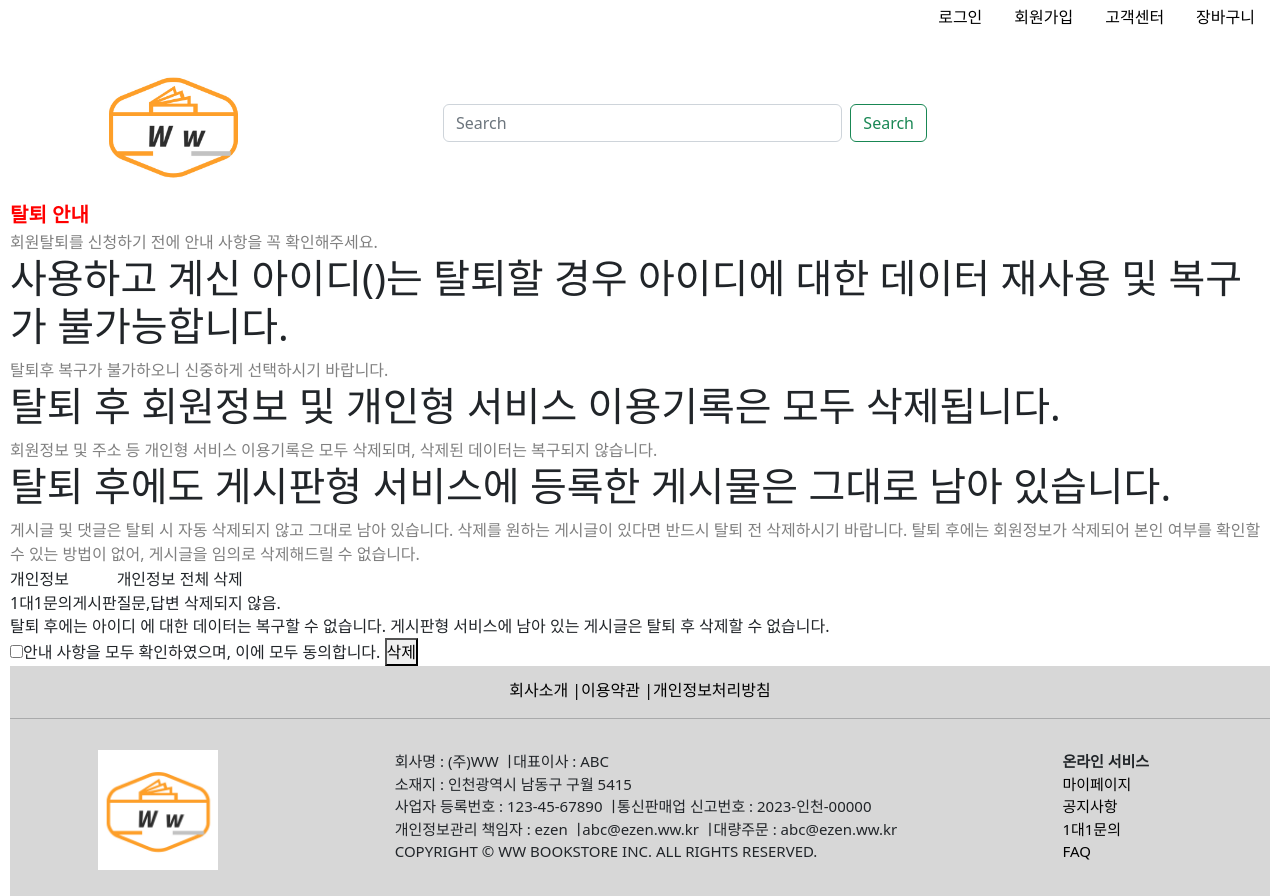
Repository: leehyeonung/project6
Page: http://localhost/book/WEB-INF/views/member/delete.jsp
An editor plug-in stored every save of this project. The page is shown before and after the next save, followed by the edit.
The browser window is 1280 px wide. The pictures show the whole page.
The page is served by Tomcat 9. Nobody is signed in. Other server files are loaded and not shown. The template is opened directly, without the code that normally fills it, so the values that code supplies are empty.

Above is the page before, as saved 2023-01-06 05:50:14.

### book/src/main/webapp/WEB-INF/views/member/delete.jsp
<%@ page language="java" contentType="text/html; charset=UTF-8"
    pageEncoding="UTF-8"%>
<%@ taglib uri="http://java.sun.com/jsp/jstl/core" prefix="c"%>
<link rel="stylesheet" type="text/css" href="/resources/css/delete.css">

<!DOCTYPE html>
<html>
<head>
<meta charset="UTF-8">
<title>Insert title here</title>
<link rel="stylesheet" type="text/css" href="/resources/css/main.css">
</head>
<body>

<jsp:include page="../layout/header.jsp"></jsp:include>
<div class="main">
<div class="sub">탈퇴 안내</div>
<div class="short">회원탈퇴를 신청하기 전에 안내 사항을 꼭 확인해주세요.</div>
<h1>사용하고 계신 아이디(${ses.mem_id})는 탈퇴할 경우 아이디에 대한 데이터 재사용 및 복구가 불가능합니다.</h1>
<div class="short">탈퇴후 복구가 불가하오니 신중하게 선택하시기 바랍니다.</div>
<h1>탈퇴 후 회원정보 및 개인형 서비스 이용기록은 모두 삭제됩니다.</h1>
<div class="short">회원정보 및 주소 등 개인형 서비스 이용기록은 모두 삭제되며, 삭제된 데이터는 복구되지 않습니다.</div>
<h1>탈퇴 후에도 게시판형 서비스에 등록한 게시물은 그대로 남아 있습니다.</h1>
<div class="short">
게시글 및 댓글은 탈퇴 시 자동 삭제되지 않고 그대로 남아 있습니다.
삭제를 원하는 게시글이 있다면 반드시 탈퇴 전 삭제하시기 바랍니다.
탈퇴 후에는 회원정보가 삭제되어 본인 여부를 확인할 수 있는 방법이 없어, 게시글을 임의로 삭제해드릴 수 없습니다.
</div>
<table>
<tr>
<td>개인정보</td>
<td>개인정보 전체 삭제</td>
</tr>
<tr>
<td>1대1문의게시판</td>
<td>질문,답변 삭제되지 않음.</td>
</tr>
</table>
탈퇴 후에는 아이디 ${ses.mem_id}에 대한 데이터는 복구할 수 없습니다.
게시판형 서비스에 남아 있는 게시글은 탈퇴 후 삭제할 수 없습니다.
<form action="/mem/delete?mem_num=${ses.mem_num}" method="post" >
<input type="checkbox" name="deletecheck" value="okay">안내 사항을 모두 확인하였으며, 이에 모두 동의합니다.
<button type="submit">삭제</button>
</form>
</div>
<jsp:include page="../layout/footer.jsp"></jsp:include>
</body>
</html>

### book/src/main/webapp/WEB-INF/views/layout/header.jsp
<%@ page language="java" contentType="text/html; charset=UTF-8"
    pageEncoding="UTF-8"%>
<%@ taglib uri="http://java.sun.com/jsp/jstl/core" prefix="c"%>
<!DOCTYPE html>
<html>
<head>
<meta charset="UTF-8">
<title>Insert title here</title>
<!-- CSS only -->
<link href="https://cdn.jsdelivr.net/npm/bootstrap@5.2.2/dist/css/bootstrap.min.css"
rel="stylesheet" integrity="sha384-Zenh87qX5JnK2Jl0vWa8Ck2rdkQ2Bzep5IDxbcnCeuOxjzrPF/et3URy9Bv1WTRi"
crossorigin="anonymous">
<link rel="stylesheet" type="text/css" href="/resources/css/header.css">
</head>
<body>

<div class="header">
    <div class="menu">
        <c:if test="${ses.mem_id ==null}">
        <ul><a href="/mem/loginPage">로그인</a></ul>
        <ul><a href="/mem/joinPage">회원가입</a></ul>
        </c:if>
        <c:if test="${ses.mem_id == 'admin' }">
        <ul><a href="/mem/logOut">로그아웃</a></ul>
        <ul><a href="/mem/adminpage">관리인페이지</a></ul>
        </c:if>
        <c:if test="${ses.mem_id !=null && ses.mem_id !='admin' }">
        <ul><a href="/mem/logOut">로그아웃</a></ul>
        <ul><a href="/mem/mypage">마이페이지</a></ul>
        </c:if>
        <ul><a href="#">고객센터</a></ul>
        <ul><a href="#">장바구니</a></ul>
    </div>
    <div class="bar">
       <div class="logo">
         <a href="/"><img src="/resources/image/logo.jpg" alt="로고"></a>
       </div>
         <div class="searchBar">
            <form class="d-flex" role="search">
                 <input class="form-control me-2" type="search" placeholder="Search" aria-label="Search">
                 <button class="btn btn-outline-success" type="submit">Search</button>
              </form>
         </div>
       <div class="icons">
         <a href=""><i class="fa-solid fa-cart-shopping"></i></a>
            <a href=""><i class="fa-solid fa-user"></i></a>
       </div>
    </div>
</div>
</body>
</html>

### book/src/main/webapp/WEB-INF/views/layout/footer.jsp
<%@ page language="java" contentType="text/html; charset=UTF-8"
   pageEncoding="UTF-8"%>
<!DOCTYPE html>
<html>
<head>
<meta charset="UTF-8">
<title>Insert title here</title>
<link rel="stylesheet" type="text/css" href="/resources/css/footer.css">

</head>

<body>
   <div class="footer">
      <div class="footer-top">
         <ul>
            <li><a href="">회사소개 | </a></li>
            <li><a href="">이용약관 | </a></li>
            <li><a href="">개인정보처리방침</a></li>
         </ul>
      </div>
      <hr>
      <div class="address">
         <div class="footer-logo">
            <img src="/resources/image/logo.jpg" alt="로고">
         </div>
         <div class="address-box">
            <ul>
               <li>회사명 : (주)WW <span style="margin-right: -7px;">ㅣ</span>
                  대표이사 : ABC
               </li>

               <li>소재지 : 인천광역시 남동구 구월 5415</li>
               <li>사업자 등록번호 : 123-45-67890 <span style="margin-right: -7px;">ㅣ</span>
                  통신판매업 신고번호 : 2023-인천-00000
               </li>

               <li>개인정보관리 책임자 : ezen <span style="margin-right: -7px;">ㅣ</span>
                  abc@ezen.ww.kr <span style="margin-right: -7px;">ㅣ</span> 대량주문 :
                  abc@ezen.ww.kr
               </li>

               <li>COPYRIGHT © WW BOOKSTORE INC. ALL RIGHTS RESERVED.</li>

            </ul>

         </div>
         <div class="online-serviceBar">
            <strong>온라인 서비스</strong>
            <ul>
               <li><a href="">마이페이지</a></li>
               <li><a href="">공지사항</a></li>
               <li><a href="">1대1문의</a></li>
               <li><a href="">FAQ</a></li>
            </ul>
         </div>
      </div>
   </div>

</body>
</html>

### book/src/main/webapp/resources/css/delete.css
@charset "UTF-8";

.main{
	margin: 0px 196px;
}

.sub{
	font-size: 20px;
	font-weight: bold;
	color : red;
}

.short{
	color: gray;
}
h1{
	font-size: 10px;
}

### book/src/main/webapp/resources/css/main.css
@charset "UTF-8";

.main{
	width:1260px;
	margin: 0 auto;
}

### book/src/main/webapp/resources/css/header.css
@charset "UTF-8";
*{
	margin: 0px;
	padding: 0px;
}
.header{
    width: 1260px;
    height: 200px;
   /*  background-color: pink; */
}
.menu{
   display: flex;
   justify-content: flex-end;
   padding:5px;

}
.logo{
    width: 150px;
    height: 150px;
    background-color: blue;
}
.logo>a>img{
    width: 150px;
    height: 150px;
}
.searchBar{
   /* position:absolute; */
    width: 484px;
    height: 42px;
    /* background-color: gold; */
    margin-top:54px;
    border-radius: 30px;

}
.bar{

   height: 150px;
   display: flex;
   flex-direction: row;
   flex-wrap:nowrap;
   justify-content:space-around;
/*    align-items: baseline; */


}
i{
    font-size: 42px;
    color: black;
    margin-top:54px;
    margin-right: 20px;
}

### book/src/main/webapp/resources/css/footer.css
@charset "UTF-8";
.footer {
   width: 1260px;
   height: 230px;
   background-color: rgba(175, 175, 175, 0.5);
   margin: 0 auto;
}

.footer-logo {

   width: 120px;
   height: 120px;
   background-color: beige;
}
.footer-logo>img{
   width: 120px;
   height: 120px;
}

.address-box {
   text-align: left;
   padding: 0;
   margin: 0;
}

.address {
   padding: 15px;
   height: 150px;
   display: flex;
   font-size: 15px;
   /* align-items: baseline; */
   flex-direction: row;
   flex-wrap: nowrap;
   justify-content: space-around;
}

ul {
   list-style: none;
}

.footer, .address li {

}

.footer-top {
   text-align: center;
   padding-top: 12px;
}

.footer-top>ul {
   margin: 0;
   padding: 0;
   display: flex;
   justify-content: center;
}

.footer-top>li {
   margin: 0;
   padding: 0;
}

a {
   text-decoration-line: none;
   color: black;
}

a:visited {
   text-decoration: none;
}

a:hover {
   text-decoration: none;
}

a:focus {
   text-decoration: none;
}

a:hover, a:active {
   text-decoration: none;
}

.online-serviceBar {
   padding: 0px;
   margin-left: 20px;
   width: 120px;
   height: 120px;
}

.online-serviceBar>ul {
   margin: 0px;
   padding: 0px;
}

After the next save:
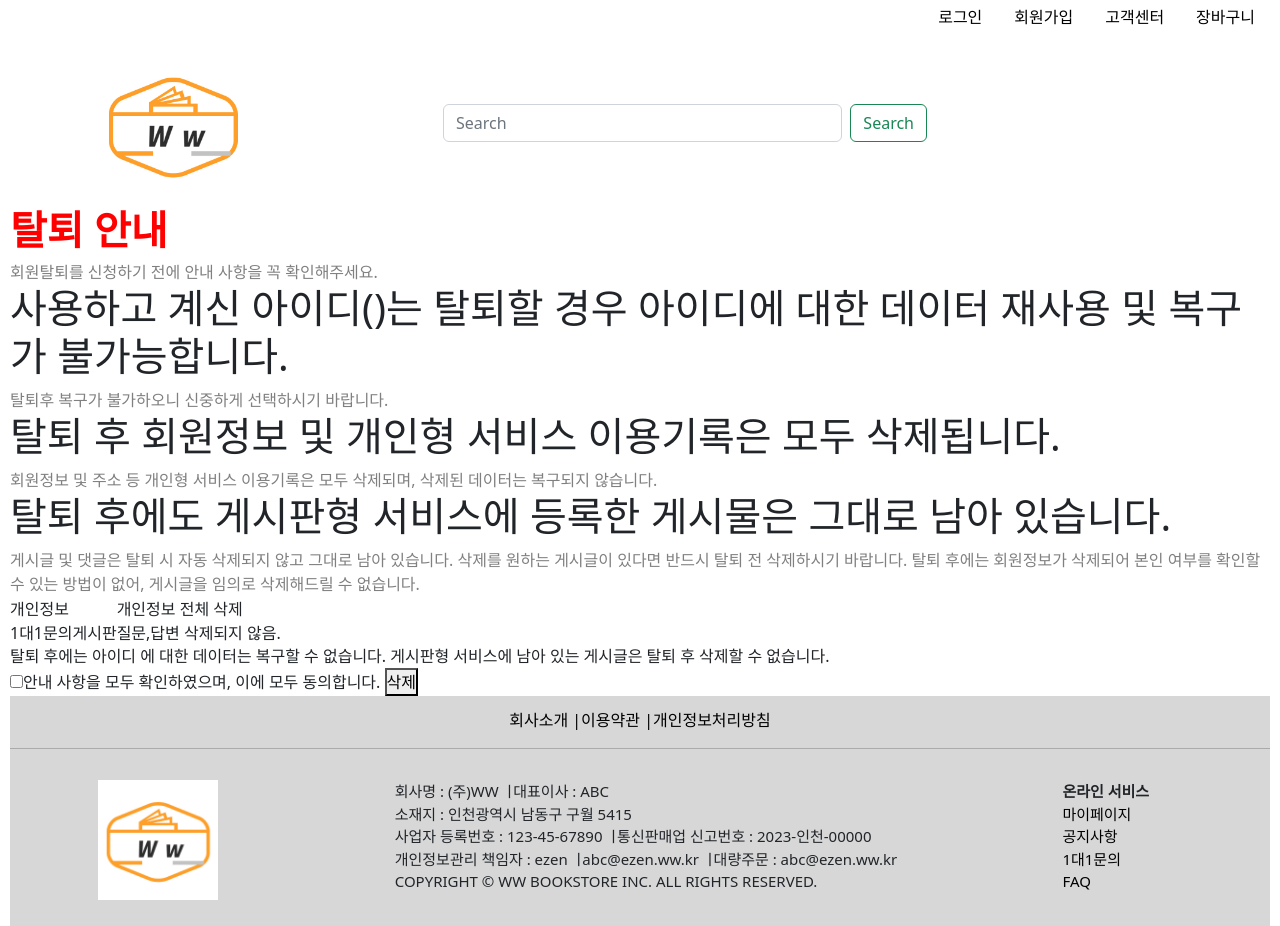
Saved 19 s later.
--- a/book/src/main/webapp/resources/css/delete.css
+++ b/book/src/main/webapp/resources/css/delete.css
@@ -5,7 +5,7 @@
 }
 
 .sub{
-	font-size: 20px;
+	font-size: 40px;
 	font-weight: bold;
 	color : red;
 }
